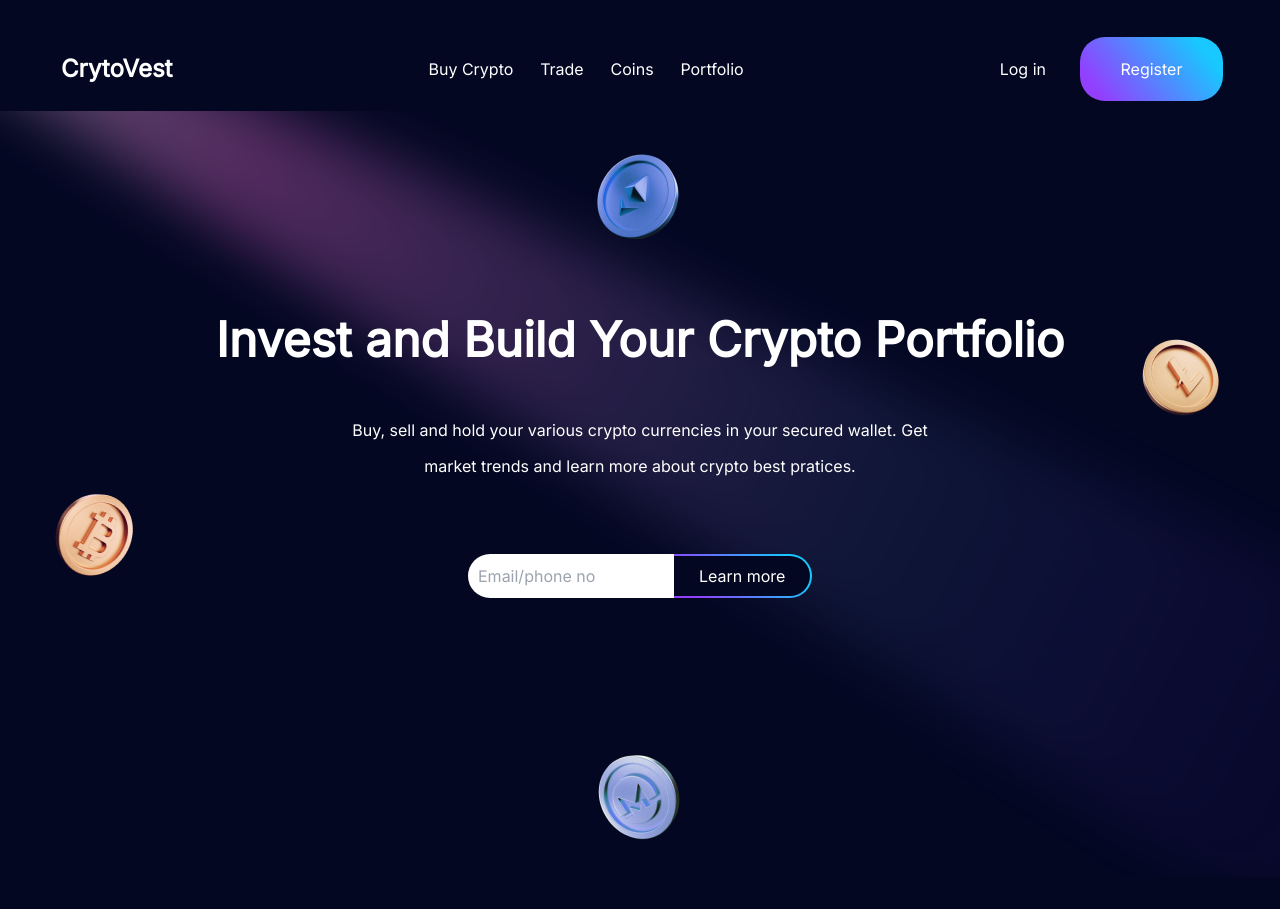
Repository: Eugene44-hub/cryptovest
Page: /
The author's editor kept a copy of each file at every save. The page is drawn from the files as they stood at one save, then again after the next save.
The browser window is 1280 px wide. The pictures show the whole page.
The project was rebuilt for these pictures with package versions that can differ from the ones it lists, and the page was loaded fresh each time. Also part of the build but not shown: vite.config.ts.

Above is the page before, as saved 2022-07-16 00:05:21.

### src/App.tsx
import Home from "./pages/home/Home"

function App() {

  return (
    <div className="App">
      <Home/>

    </div>
  )
}

export default App

### src/index.css
@import url('https://fonts.googleapis.com/css2?family=Inter&display=swap');
@tailwind base;
@tailwind components;
@tailwind utilities;
body {
    margin: 0;
    font-family: 'Inter', sans-serif;
    -webkit-font-smoothing: antialiased;
    -moz-osx-font-smoothing: grayscale;
    padding: 0;
    background-color: rgba(3, 7, 34, 1);
}

code {
    font-family: source-code-pro, Menlo, Monaco, Consolas, 'Courier New', monospace;
}

.container {
    max-width: 1440px;
    margin: 0 auto;
}

### src/pages/home/Home.tsx
import React from 'react'
import Hero from '../../components/hero/Hero'
import Nav from '../../components/nav/Nav'

const Home = () => {
  return (
    <div>
      <Nav/>
      <Hero/>
    </div>
  )
}

export default Home

### src/components/hero/Hero.tsx
import React from 'react'
import etherum from "../../assets/images/hero/EtheriumCoin.png"
import bitcoin from "../../assets/images/hero/Bitcoin.png"
import monero from "../../assets/images/hero/Monero.png"
import liteCoin from "../../assets/images/hero/LiteCoin.png"
import spotlight from "../../assets/images/hero/spotlight.svg"
import styles from "./Hero.module.scss"
const Hero = () => {
  return (
    <section className={`${styles.section}`}>
      {/* <img src={spotlight} className="absolute left-0" alt="" /> */}
      <article className={`${styles.container} container px-[24px]`}>

        <img src={etherum} className="m-auto w-[20%] md:w-auto mt-[10px]" alt="etherum" />

        <div className='mt-[17px] flex-wrap flex'>

          <div className=' w-full relative'>
          <header className={`${styles.header} text-white text-center`}>
            Invest and Build Your Crypto Portfolio
          </header>
          <figure className='flex w-full  justify-end md:absolute top-0'>
          <img src={liteCoin} className={"w-[20%] md:w-[auto] md:w-[10%]  "} alt="" />
          </figure>
          </div>

          <div className='w-full relative  m-auto md:order-2 md:mt-0 mt-[3px] '>
          <div className='flex md:w-[344px] sm:w-[60%] m-auto rounded-[25px] mt-[3px] overflow-hidden'>
            <input type="text" className='p-[10px] w-[60%]' placeholder='Email/phone no' />
            <div className={`${styles.btnContainer} flex-1 p-[2px]  pl-0`}>
              <button className={` w-full h-full  ${styles.inputBtn}`}>
                Learn more
              </button>
            </div>
          </div>
          <figure className='w-[20%] left-0 top-[-200%] md:absolute'>
            <img src={bitcoin} className="mt-[8px]" alt="bitcoin" />
          </figure>
          </div>



          <div className='text-center w-[90%] lg:mt-[36px] md:mt-[70px] md:mb-[67px] md:max-w-[626px] mt-[11px] mt-[] leading-[36px] m-auto'>
            <p className="text-white">
            Buy, sell and hold your various crypto currencies in your secured wallet. Get market trends and learn more about crypto best pratices.
            </p>
          </div>
        </div>
        <img src={monero} className="md:mt-[121px] mt-[17px] mb-[32px] md:w-auto w-[20%] m-auto" alt="monero" />
<div className='sm:hidden'>
  <button className={`${styles.btn} w-full`}>
    Register
  </button>
</div>
      </article>
    </section>
  )
}

export default Hero

### src/components/nav/Nav.tsx
import React from 'react'
import styles from "./Nav.module.scss"
const navItems = ["Buy Crypto", "Trade", "Coins", "Portfolio"]
import { AiOutlineMenu } from "react-icons/ai"

const Nav = () => {
  return (
    <nav className='pt-[37px]'>
      <div className='container  px-[24px] md:pl-[61px] md:pr-[57px] text-white'>
        <div className='flex justify-between items-center'>
          <span className={`font-[700] ${styles.banner}`}>
            CrytoVest
          </span>
          <div className='hidden lg:flex justify-between items-center flex-1'>
            <ul className='flex font-[500] m-auto lg:w-[50%] xl:w-[30%]  justify-between'>
              {navItems.map((item, index) => (<li key={index}>{item}</li>))}
            </ul>
            <div className='font-[500]'>
              <button className='mr-[34px]'>
                Log in
              </button>
              <button className={`${styles.btn} w-[143px]`}>
                Register
              </button>
            </div>
          </div>
          <AiOutlineMenu color="white" size={24} className="font-bold lg:hidden" />
        </div>


      </div>
    </nav>
  )
}

export default Nav

### src/components/hero/Hero.module.scss
@import "../../sass";
.section {
    background-image: url(../../assets/images/hero/spotlight.svg);
    background-repeat: no-repeat;
    background-position: 0;
    .container {
        .header {
            font-weight: 900;
            font-size: 48px;
            @include devices(1200px) {
                font-size: 30px;
            }
            @include devices(768px) {
                font-size: 24px;
            }
        }
        .btnContainer {
            background: $gradient1
        }
        .inputBtn {
            background: $bgColor;
            color: white;
            border-radius: 0px 25px 25px 0px;
        }
    }
    .btn {
        @include setBtn($gradient1)
    }
}

### src/components/nav/Nav.module.scss
@import "../../sass/index.scss";
.banner {
    font-size: rem(24);
}

.btn {
    @include setBtn($gradient1);
}

### src/sass/index.scss
@import "./config";

### src/sass/config/_index.scss
@import "variables";
@import "utilities";
@import "mixins&funcs";

### src/sass/config/_variables.scss
$gradient1:linear-gradient(231.7deg, #18C8FF 15.39%, #933FFE 87.39%);
$gradient: linear-gradient(180.01deg, rgba(245, 245, 245, 0.53) 0.39%, rgba(205, 96, 188, 0.5) 24.76%, rgba(56, 77, 130, 0.26) 63.89%, rgba(105, 30, 226, 0.03) 92.45%);
$bgColor:rgba(3, 7, 34, 1);
$purple1:rgba(185, 130, 255, 1);
$purple1:rgba(132, 112, 255, 1);
$grey1:rgba(255, 255, 255, 1);

### src/sass/config/_utilities.scss
/*
➡️ 0px -480px -  Smaller Smartphones

➡️ 481px -768px  - Tablets & larger smartphones

➡️ 769px -1279px  -  Laptops, larger tablets
in landscape, and small desktops

➡️ 1280px+ - Larger desktops and monitors
*/

%btn {
    border-radius: 25px;
    padding: 20px 0;
}

### src/sass/config/_mixins&funcs.scss
@use "sass:math";
@function rem($px, $default:16) {
    @return (math.div($px, $default)*1rem);
}

@mixin devices($device) {
    @media screen and (max-width: $device) {
        @content;
    }
}

@mixin setBtn($bgColor) {
    background: $bgColor;
    color: white;
    @extend %btn
}

Loaded but not shown: index.html (common file); src/main.tsx (common file); tailwind.config.js (common file)

After the next save:
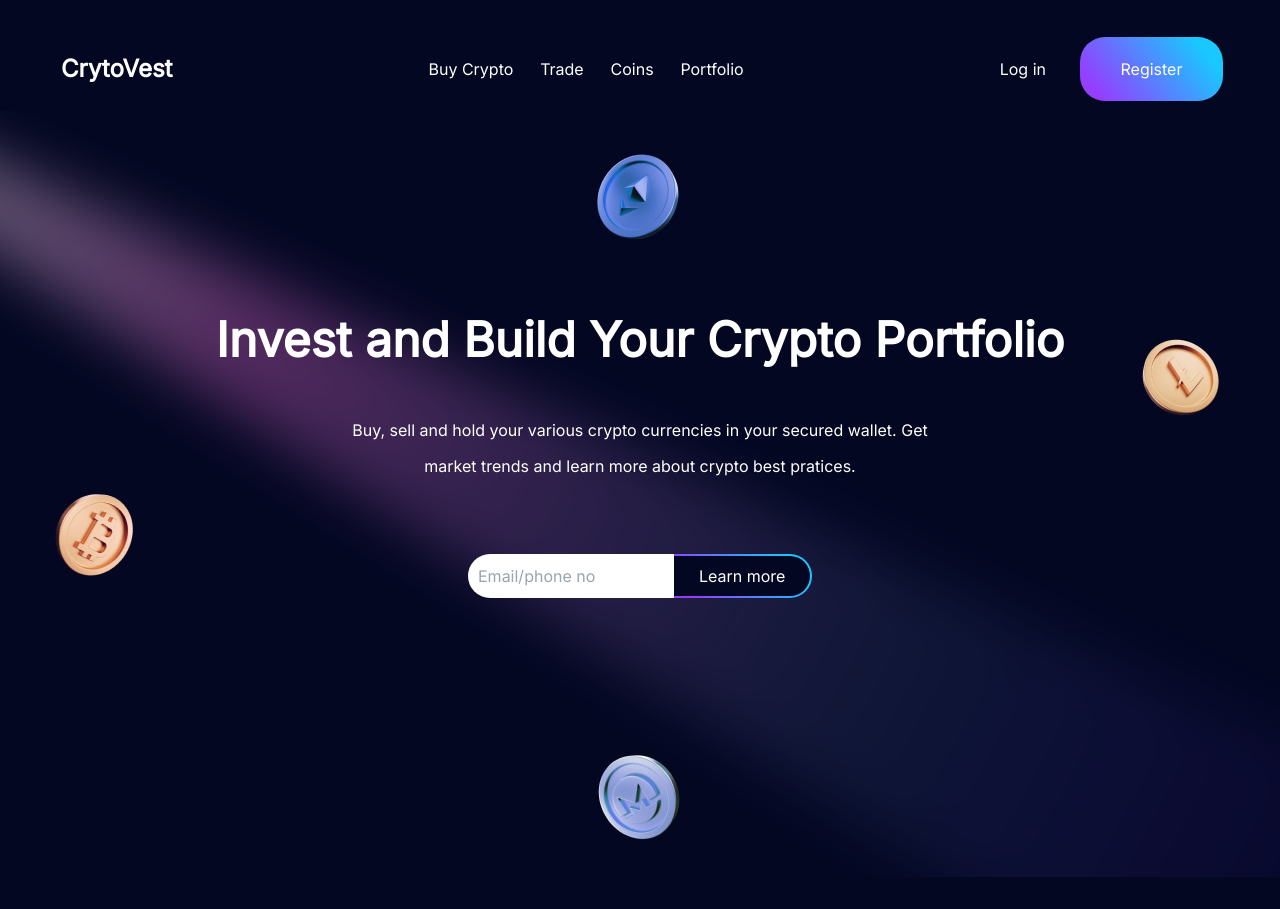
Saved 52 s later.
--- a/src/components/hero/Hero.module.scss
+++ b/src/components/hero/Hero.module.scss
@@ -2,7 +2,7 @@
 .section {
     background-image: url(../../assets/images/hero/spotlight.svg);
     background-repeat: no-repeat;
-    background-position: 0;
+    background-position-y: 10%;
     .container {
         .header {
             font-weight: 900;
